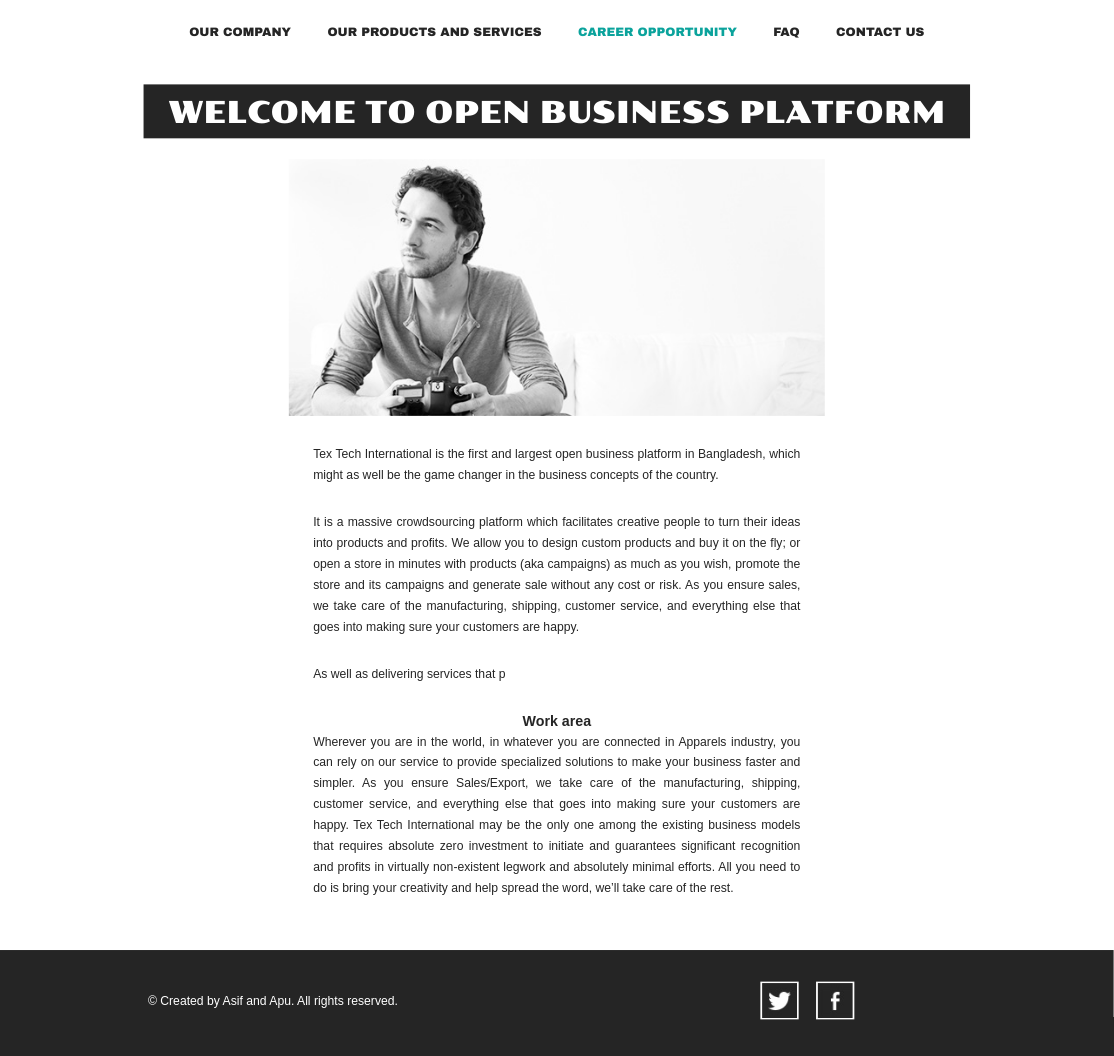
Repository: asifdotpy/textechint
Page: about.html
These files come from the project's save history. The page is drawn as it stood at one moment and after the next save; the edit follows.
The browser window is 1280 px wide. The pictures show the whole page, at 87% of full size.

Above is the page before, as saved 2021-02-24 00:48:54.

After the next save:
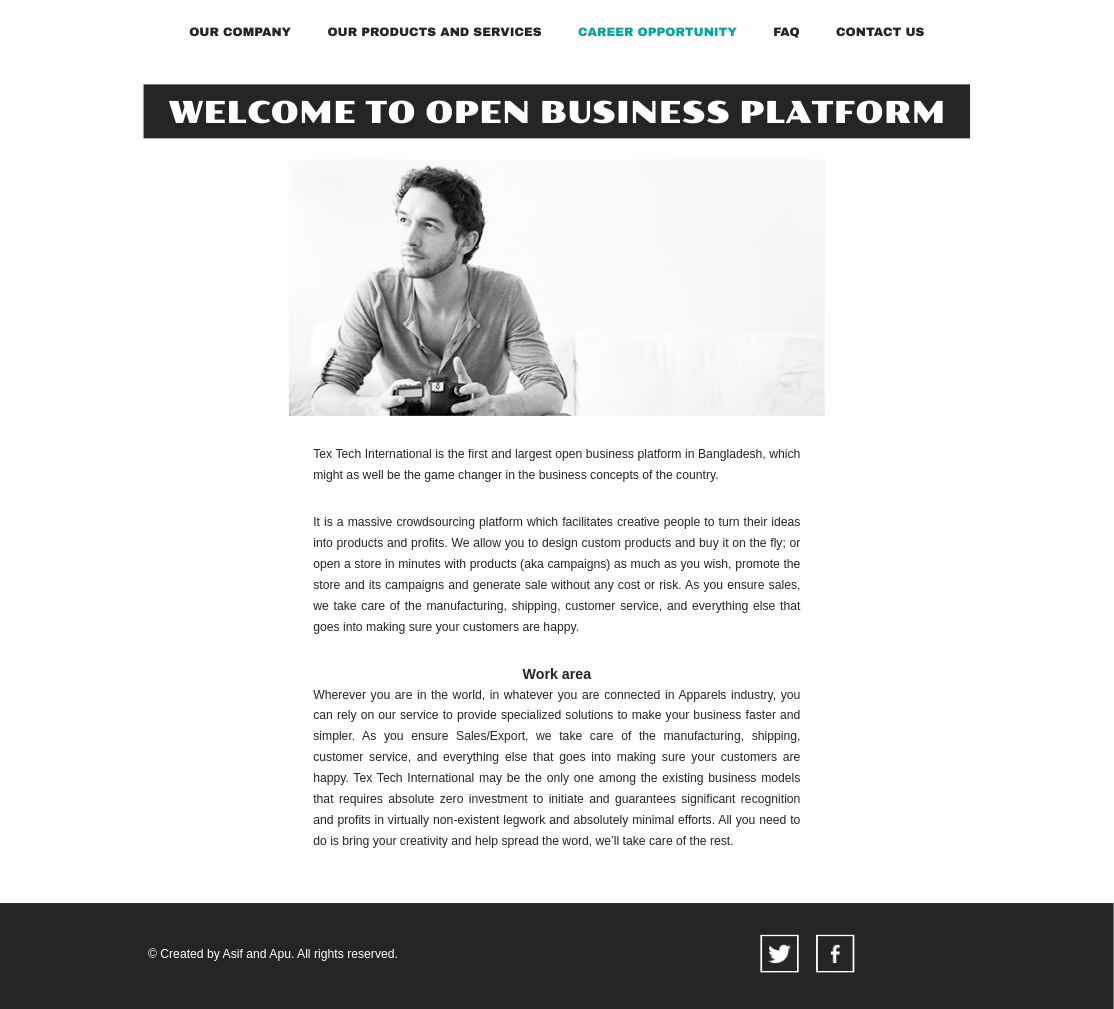
Saved 11 s later.
--- a/about.html
+++ b/about.html
@@ -39,8 +39,7 @@
 				<!--<h3>Our goal </h3>-->
 				<p>It is a massive crowdsourcing platform which facilitates creative people to turn their ideas into products and profits. We allow you to design custom products and buy it on the fly; or open a store in minutes with products (aka campaigns) as much as you wish, promote the store and its campaigns and generate sale without any cost or risk. As you ensure sales, we take care of the manufacturing, shipping, customer service, and everything else that goes into making sure your customers are happy.</p>
 				<!--<h3>Be Part of Our Community</h3>-->
-				<p>
-					As well as delivering services that p</p>
+				<p></p>
 				<h3>Work area</h3>
 				<p>
 					Wherever you are in the world, in whatever you are connected in Apparels industry, you can rely on our service to provide specialized solutions to make your business faster and simpler. As you ensure Sales/Export, we take care of the manufacturing, shipping, customer service, and everything else that goes into making sure your customers are happy. Tex Tech International may be the only one among the existing business models that requires absolute zero investment to initiate and guarantees significant recognition and profits in virtually non-existent legwork and absolutely minimal efforts. All you need to do is bring your creativity and help spread the word, we’ll take care of the rest.
